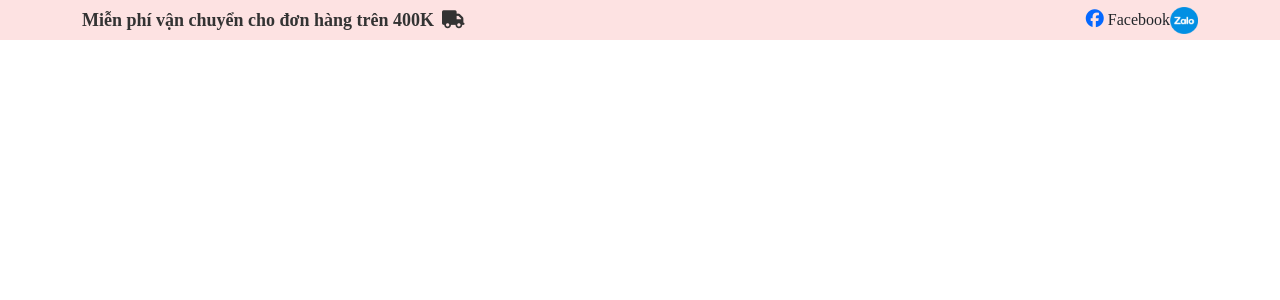
Repository: hoang28092000/kim-store
Page: index.html
An editor plug-in stored every save of this project. The page is shown before and after a run of saves, followed by the edit.
The browser window is 1280 px wide. The pictures show the whole page.
Some web libraries are served in a nearby version.

Above is the page before, as saved 2024-10-31 21:39:23.

### index.html
<!DOCTYPE html>
<html lang="en">
<head>
    <meta charset="UTF-8">
    <meta name="viewport" content="width=device-width, initial-scale=1.0">
    <link href="https://cdn.jsdelivr.net/npm/bootstrap@5.0.2/dist/css/bootstrap.min.css" rel="stylesheet" integrity="sha384-EVSTQN3/azprG1Anm3QDgpJLIm9Nao0Yz1ztcQTwFspd3yD65VohhpuuCOmLASjC" crossorigin="anonymous">
    <link rel="stylesheet" href="https://cdnjs.cloudflare.com/ajax/libs/font-awesome/6.6.0/css/all.min.css" integrity="sha512-Kc323vGBEqzTmouAECnVceyQqyqdsSiqLQISBL29aUW4U/M7pSPA/gEUZQqv1cwx4OnYxTxve5UMg5GT6L4JJg==" crossorigin="anonymous" referrerpolicy="no-referrer" />
    <link rel="stylesheet" href="asset/style.css">
    <title>KIM STORE</title>
</head>
<body>
    <div id="header">
        <div class="top_header ">
                <div class="container d-flex justify-content-between">
                    <div class="r-top_header d-flex align-items-center">
                        <p class="txt_bold mb-0 me-2">Miễn phí vận chuyển cho đơn hàng trên 400K</p>
                    <i class="fa-solid fa-truck icon-truck mb-0"></i>
                    </div>
                    <ul class="icons-header d-flex align-items-center mb-0">
                        <li class="icon">
                            <i class="fa-brands fa-facebook icon_fb"></i>
                            <span>Facebook</span>
                        </li>
                        <li class="icon">
                           <img src="asset/image/icon_zalo.png" alt="this is picture zalo" class="icon_zalo">
                        </li>
                    </ul>
                </div>
        </div>
        <div class="main_header">

        </div>
    </div>


    <div id="navbar">

    </div>


    <div id="main">

    </div>


    <div id="footer">

    </div>






    <script src="https://cdn.jsdelivr.net/npm/bootstrap@5.0.2/dist/js/bootstrap.bundle.min.js" integrity="sha384-MrcW6ZMFYlzcLA8Nl+NtUVF0sA7MsXsP1UyJoMp4YLEuNSfAP+JcXn/tWtIaxVXM" crossorigin="anonymous"></script>
</body>
</html>

### asset/style.css
*{
    margin: 0;
    padding: 0;
    box-sizing: border-box;
    font-family: Montserrat;
    list-style: none;
    text-decoration: none;
}
.txt-16px{
    font-size: 16px;
    color: #333;
}
.txt_bold{
    font-size: 18px;
    color: #333;
    font-weight: 700;
}
#header{

}
#header .top_header{
    height: 40px;
    background-color: #FDE2E2;
}
.top_header .r-top_header{
    height: 40px;
}
.top_header .icon-truck{
    font-size: 18px;
    color: #333;
}
/* .top_header .icon{
    padding: 2px;
    border: 3px solid #fff;
    border-radius: 4px;
} */
.top_header .icon_fb{
    font-size: 18px;
    color: #0468ff;
}
.top_header .icon_zalo{
    width: 28px;
    height: 27px;
}

After the next 2 saves:
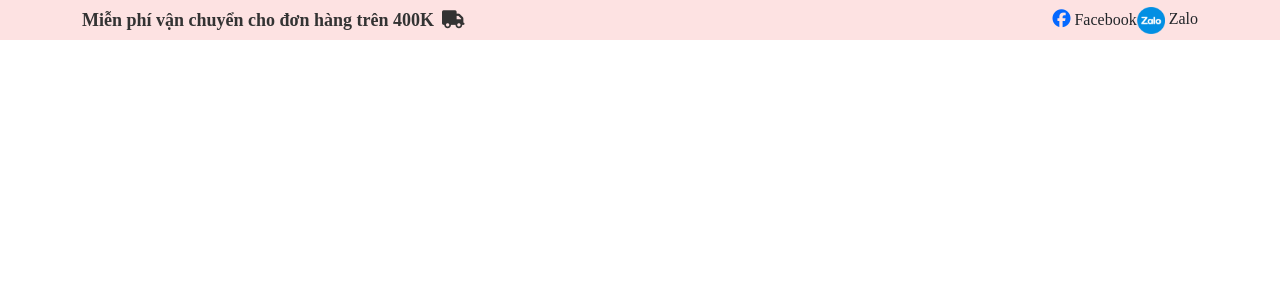
The 2 saves are shown as one change because they came seconds apart.
The last was saved 8 s later.
--- a/index.html
+++ b/index.html
@@ -23,6 +23,7 @@
                         </li>
                         <li class="icon">
                            <img src="asset/image/icon_zalo.png" alt="this is picture zalo" class="icon_zalo">
+                           <span>Zalo</span>
                         </li>
                     </ul>
                 </div>
